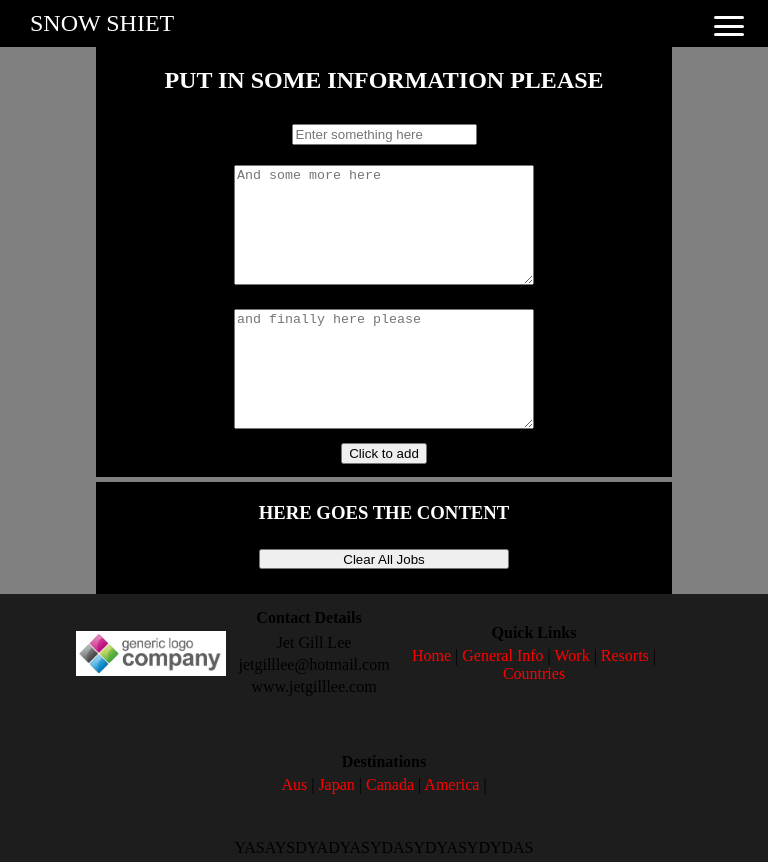
Repository: Jet-Gill-Lee/SnowSite
Page: submit-stuff.html
The author's editor kept a copy of each file at every save. The page is drawn from the files as they stood at one save, then again after the next save.
The browser window is 768 px wide. The pictures show the whole page.

Above is the page before, as saved 2021-07-24 23:39:24.
Console error: TypeError: Cannot read properties of null (reading 'addEventListener')

After the next save:
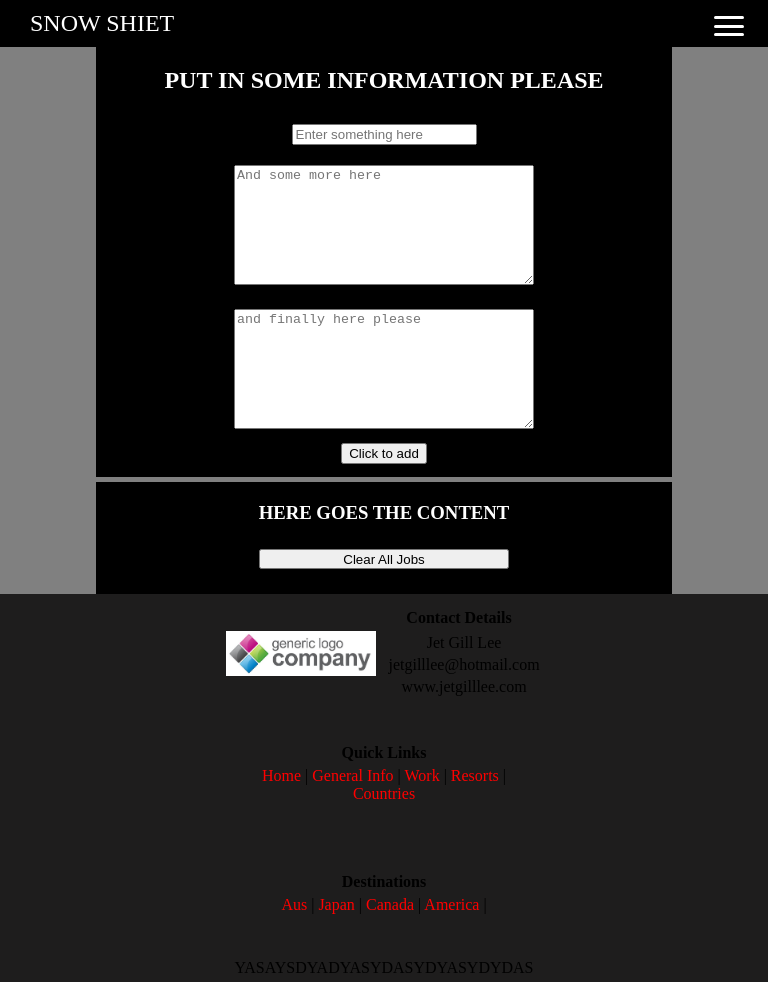
Saved 19 s later.
--- a/css/stylesheet.css
+++ b/css/stylesheet.css
@@ -164,7 +164,7 @@ body {
     z-index: 10;
   }
   .footer-flex-container{
-    -ms-flex-direction: column;
+    flex-direction: column;
     justify-content: center;
     align-items: center;
     min-width: 600px;
